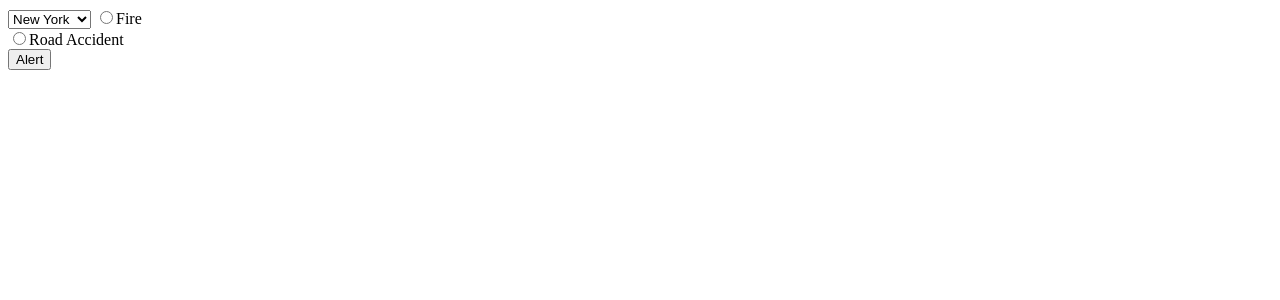
Repository: jeetlovely/ems
Page: EmergencyManagement/WebContent/userpage.html
An editor plug-in stored every save of this project. The page is shown before and after the next save, followed by the edit.
The browser window is 1280 px wide. The pictures show the whole page.

Above is the page before, as saved 2018-04-29 10:28:00.

After the next save:
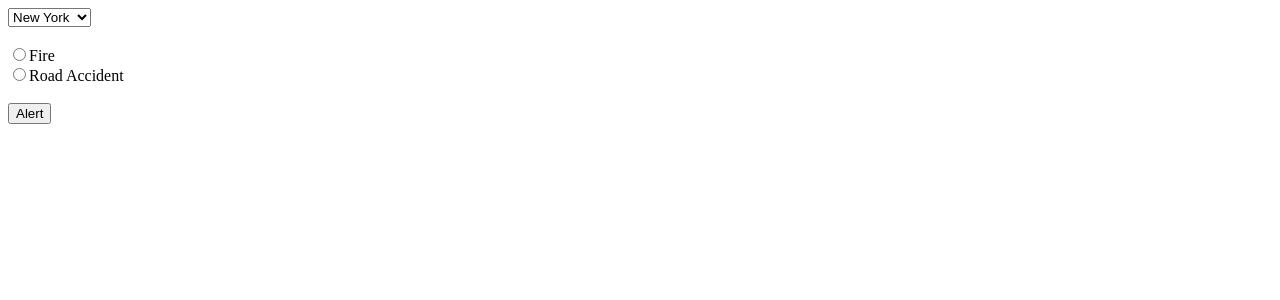
Saved 30 s later.
--- a/EmergencyManagement/WebContent/userpage.html
+++ b/EmergencyManagement/WebContent/userpage.html
@@ -9,10 +9,10 @@
   <option value="loc101">New York</option>
   <option value="loc102">Singapore</option>
   <option value="loc103">Bejing</option>
-</select>
+</select> <br><br>
 
 <input type="radio" name="accidentType" value="msp101">Fire<br>
-<input type="radio" name="accidentType" value="msp102">Road Accident<br>
+<input type="radio" name="accidentType" value="msp102">Road Accident<br><br>
 
 <input type="submit" value="Alert">
 </body>
